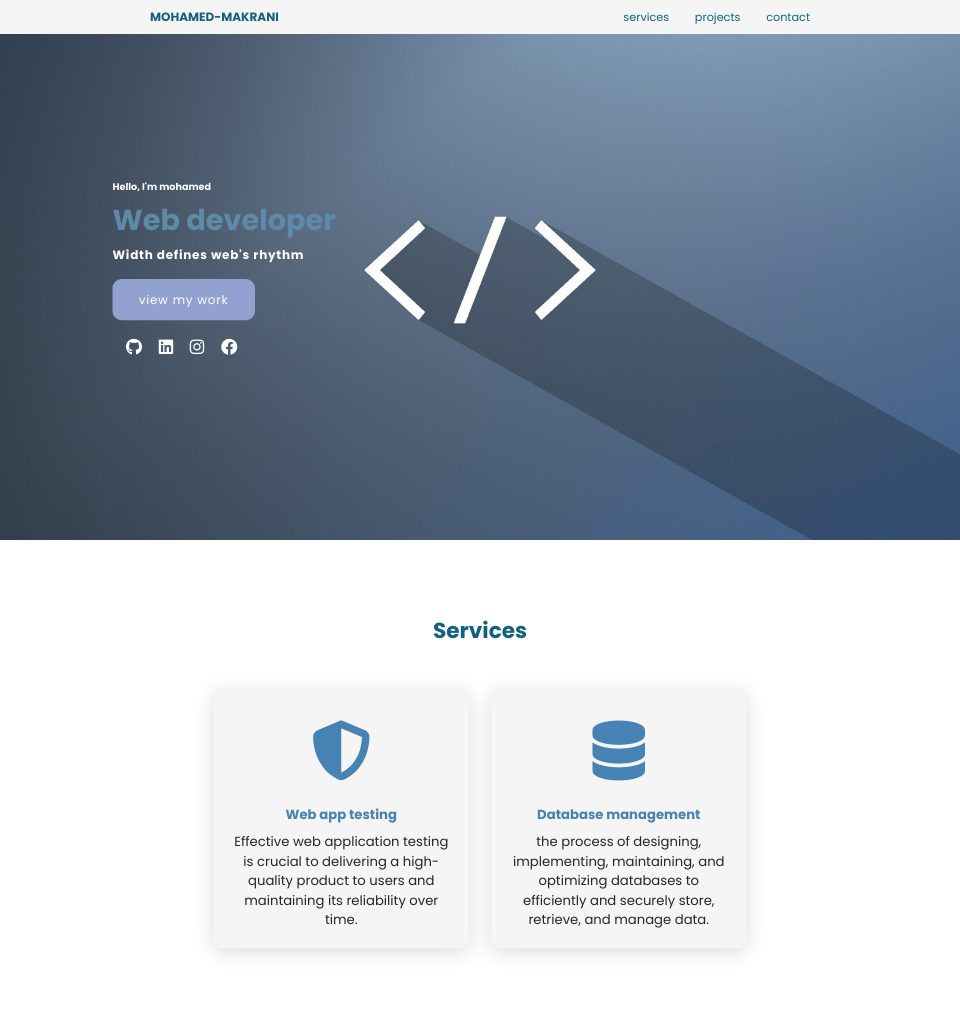
Repository: mohamed-makrani/Portfolio
Page: indixe.html
These files come from the project's save history. The page is drawn as it stood at one moment and after the next save; the edit follows.
The browser window is 1280 px wide. The pictures show the whole page, at 75% of full size.
Backgrounds fixed to the window are drawn as part of the page.

Above is the page before, as saved 2023-09-16 20:32:35.

### indixe.html
<!DOCTYPE html>
<html lang="en">
<head>
    <meta charset="UTF-8">
    <meta name="descreption" content="makrani-mohamed/portfilio"/>
    <title>Mohamed-makrani</title>
    <link rel="stylesheet" href="https://cdnjs.cloudflare.com/ajax/libs/font-awesome/6.4.2/css/all.min.css"/>
    <link  rel="stylesheet" href="style.css" />
</head>
<body>
    <header>
        <a class="logo" href="#" >Mohamed-makrani</a>
        <nav class="navigation">
            <a href="#services" >services</a>
            <a href="#" > projects</a>
            <a href="#"> contact </a>

        </nav>
    </header>
    <section class="main">
        <div>
            <h6>Hello, I'm mohamed </h6>
            <h1>Web developer</h1>
            <h4>Width defines web's rhythm</h4>
        <a href="#" class="main-button">view my work</a>
        <div class="social-media">
            <a href="#" ><i class="fa-brands fa-github"></i></a>
            <a href="#" ><i class="fa-brands fa-linkedin"></i></a>
            <a href="#"><i class="fa-brands fa-instagram"></i></a>
            <a href="#"><i class="fa-brands fa-facebook"></i></a>
        </div>
        </div>
    </section>
    <section class="cards" id="services" >
        <h2 class="title">Services</h2>
        <div class="content" >
            <div class="card">
                <div class="icon"><i class="fa-solid fa-shield-halved"></i></div>
                <div class="info">
                    <h2>Web app testing</h2>
                    <p>Effective web application testing is crucial to delivering a high-quality product to users and maintaining its reliability over time.</p>
                </div>
            </div>
            <div class="card">
                <div class="icon"><i class="fa-solid fa-database"></i></div>
                <div class="info">
                    <h2>Database management</h2>
                    <p>the process of designing, implementing, maintaining, and optimizing databases to efficiently and securely store, retrieve, and manage data.</p>
                </div>
            </div>








        </div>
    </section>





</body>
</html>

### style.css
@import url('https://fonts.googleapis.com/css2?family=Poppins:ital,wght@0,200;0,300;0,400;0,500;0,600;0,700;0,800;0,900;1,100;1,200;1,300;1,400;1,500;1,600;1,700;1,800;1,900&display=swap');

*{

    font-family: 'Poppins', sans-serif;
    margin: 0;
    padding: 0;
    box-sizing: border-box;
    scroll-behavior: smooth;
}
 header{

    background-color: #f5f5f5;
    width: 100%;
    position: fixed;
    display: flex;
    z-index: 999;
    justify-content: space-between;
    align-items: center;
    padding: 10px 200px;

 }
 .logo {
    /* default is 16 px */

    text-decoration: none;
    font-size: 16px;
    color: #126180;
    text-transform: uppercase;
    font-weight: 700;
 }
 .navigation a{
    color: #126180;
    font-size: 15px;
    font-weight: 600px;
    text-decoration: none;
    padding-left:  30px;

 }
.navigation a:hover {

color: rgb(83, 15, 146);
}
 section {

   padding: 100px 150px;
 }
 .main{

   width: 100%;
   min-height: 100vh;
   display: flex;
   align-items: center;
   background:url(backround.jpg) no-repeat;
   background-size: cover;
   background-position:center ;
   background-attachment: fixed;

 }
 .main h6 {

   color: white;
   font-weight:500px ;
   font-size: 0.8em;


 }

 .main h1 {

   color:#5d8aa8 ;
   font-size: 2.4em;
   font-weight: 500px;
   margin-top: 6px;
 }
 .main h4 {

   color: white;
   font-size: 1em;
   font-weight: 500px;
   margin-top: 6px;
   margin-bottom: 20px;
   letter-spacing:1px;
 }
.main-button {

color : white;
text-decoration: none;
background-color: #92a1cf;
letter-spacing : 1px;
font-size: 1em;
font-weight: 600px;
display: inline-block;
padding: 0.935em 2.187em;
border-radius: 12px;
margin-bottom: 20px;
transition: 0.7s ease;

}
.main-button :hover{
   background-color:#545aa7;
   transform: scale(1.1);
}
.social-media a{

   color: white;
   font-size: 22px;
   padding-left: 18px;

}

.title {

   display: flex;
   justify-content: center;
   color:#126180;
   font-size:1.8em ;
   font-weight: 700px;
   margin-bottom: 40px;
}
.content{
   display: flex;
   justify-content: center;
   flex-direction: row;
   flex-wrap: wrap;
}
.card {
   background-color:#f5f5f5;
   width:21.25em;
   box-shadow: 0 5px 25px rgba(1 1 1 /15%);
    border-radius: 10px;
    padding: 25px;
    margin: 15px;
    transition: 0.4s ease;
}
.card:hover {
   transform: scale(1.1);
}
.icon {
   color: #4682b4;
   text-align: center;
   font-size: 5em;
}
.info h2 {

   color:#4682b4 ;
   text-align: center;
   font-size:1.1em;
   font-weight: 700px;
   margin:10px ;

}
.info p {

   text-align: center;
   font-size:1.1em ;
   font-weight:500px ;
   color :rgb(39, 37, 37);

}

After the next save:
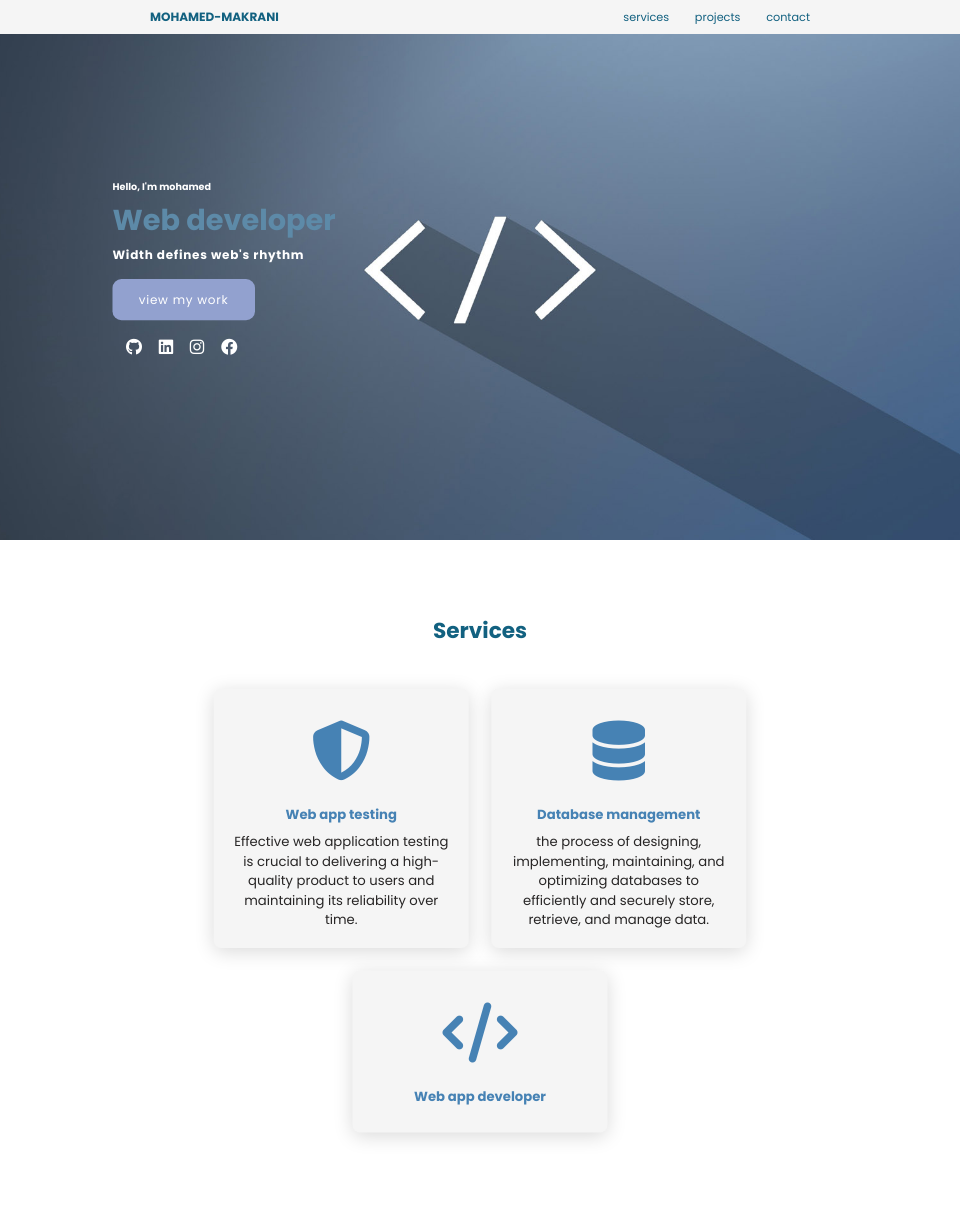
Saved 5 min 18 s later.
--- a/indixe.html
+++ b/indixe.html
@@ -48,6 +48,18 @@
                     <p>the process of designing, implementing, maintaining, and optimizing databases to efficiently and securely store, retrieve, and manage data.</p>
                 </div>
             </div>
+            <div class="card">
+                <div class="icon"><i class="fa-solid fa-code"></i></div>
+                <div class="info">
+                    <h2>Web app developer</h2>
+                    <p></p>
+                </div>
+
+
+
+
+
+            </div>
 
 
 
